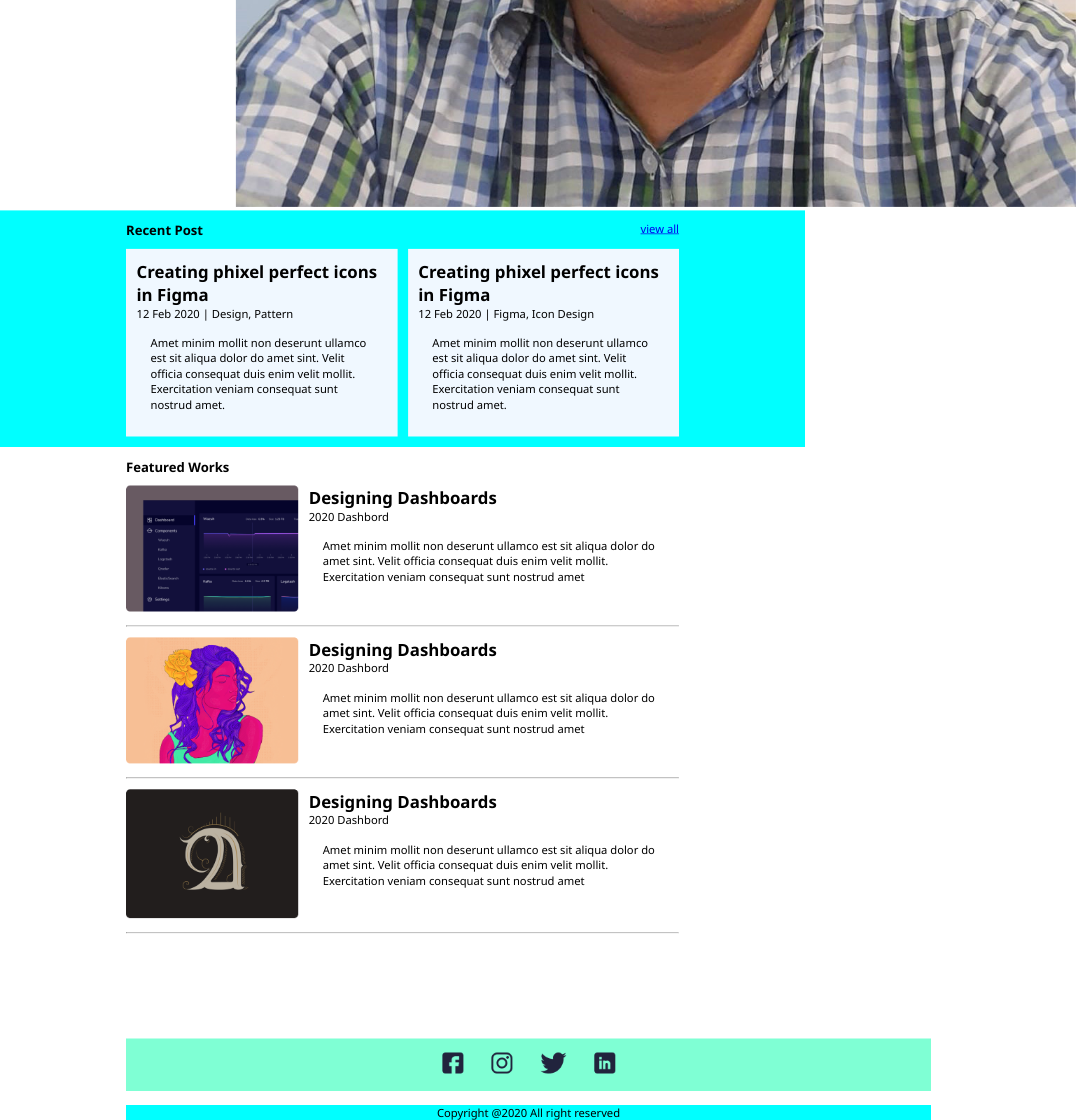
Repository: jafetdn73/portofolio
Page: index.html
These files come from the project's save history. The page is drawn as it stood at one moment and after the next save; the edit follows.
The browser window is 1280 px wide. The page is 1537 px wide, so the pictures cover 1537 px, including what lies to the right of the window. The pictures show the part of the page from y = 1102 to 2702 px (the page is 2702 px tall before and 2662 px after), at 70% of full size.

Above is the page before, as saved 2022-02-23 16:40:36.

After the next save:
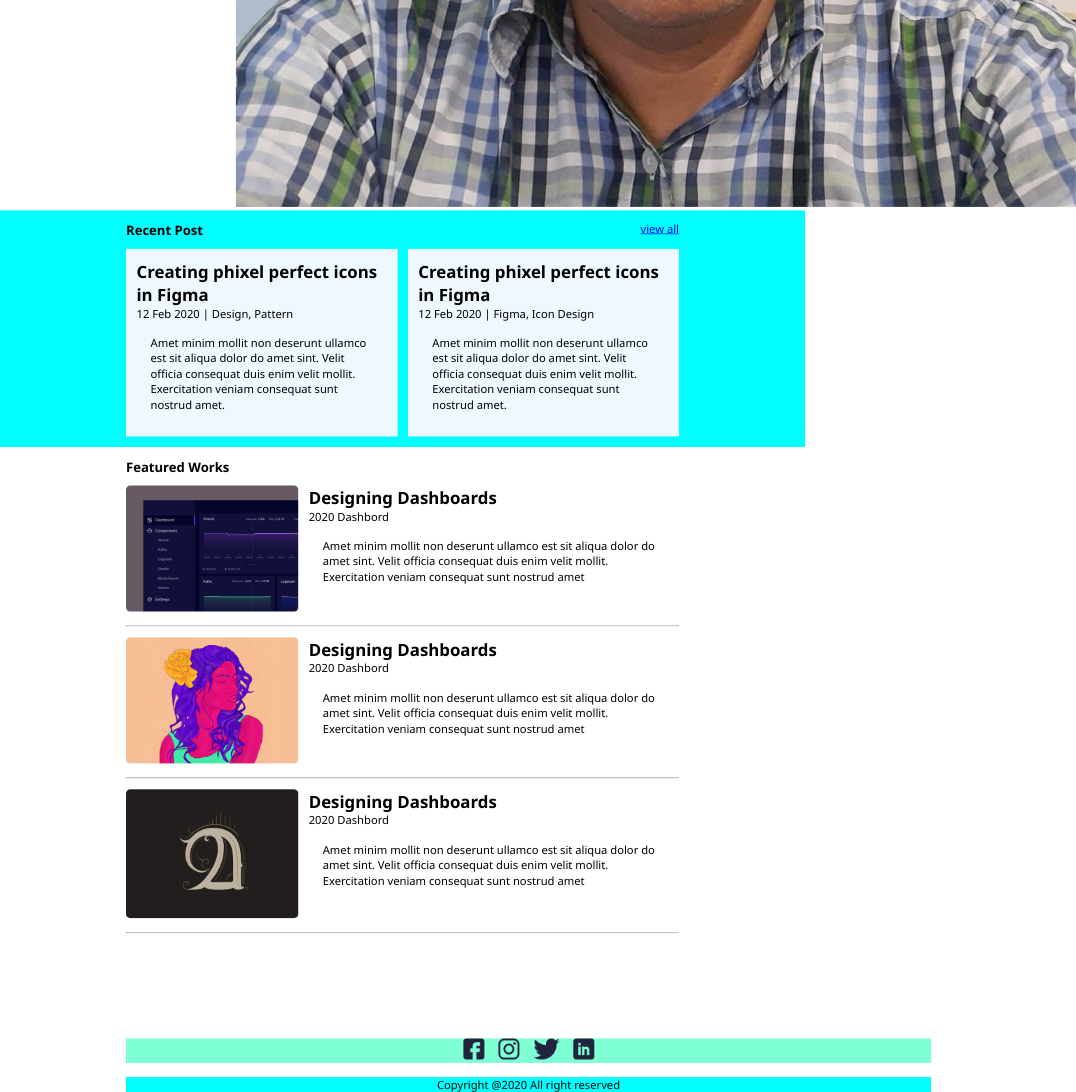
Saved 41 s later.
--- a/figma.css
+++ b/figma.css
@@ -102,7 +102,8 @@
 }
 
 .social-media img {
-    margin:20px;
+    margin-left:10px;
+    margin-right:10px;
 }
 
 .copyright {
